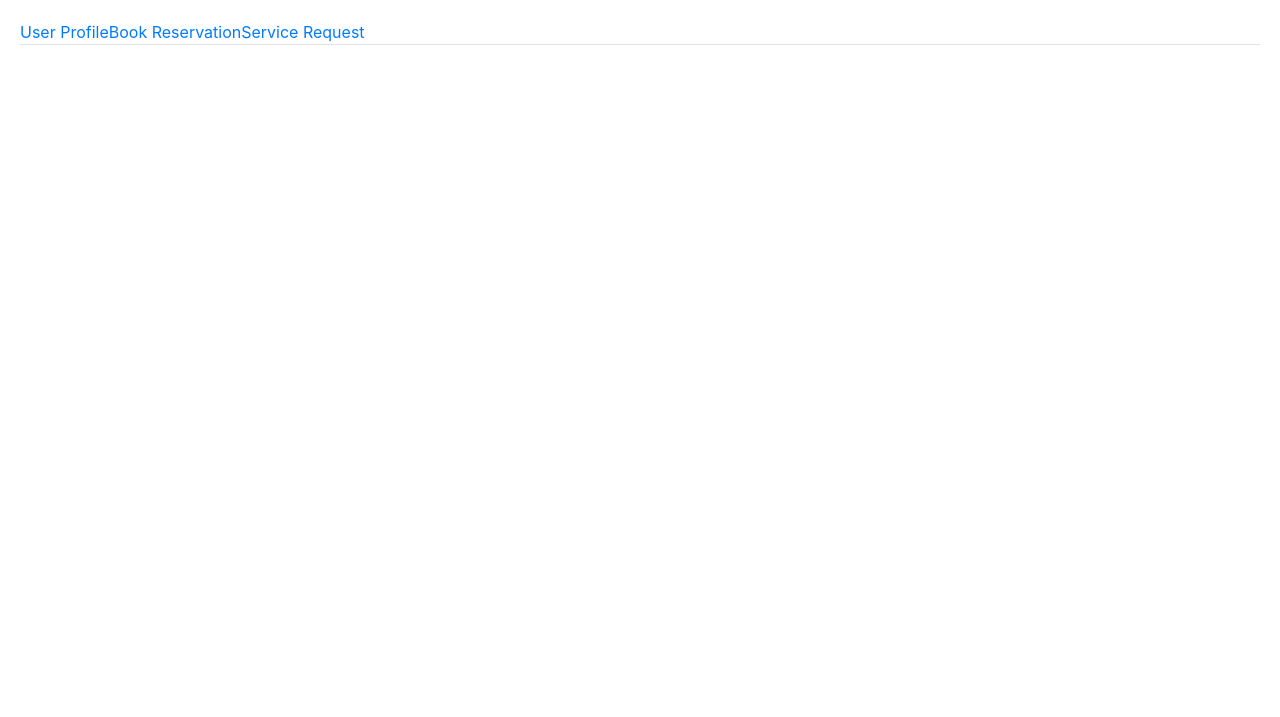
Repository: accentur/CSC507
Page: http://localhost/CSC507/customer.jsp
These files come from the project's save history. The page is drawn as it stood at one moment and after the next save; the edit follows.
The browser window is 1280 px wide. The pictures show the whole page.
Some web libraries are served in a nearby version. The page is served by Tomcat 9.

Above is the page before, as saved 2019-02-09 12:07:23.

After the next save:
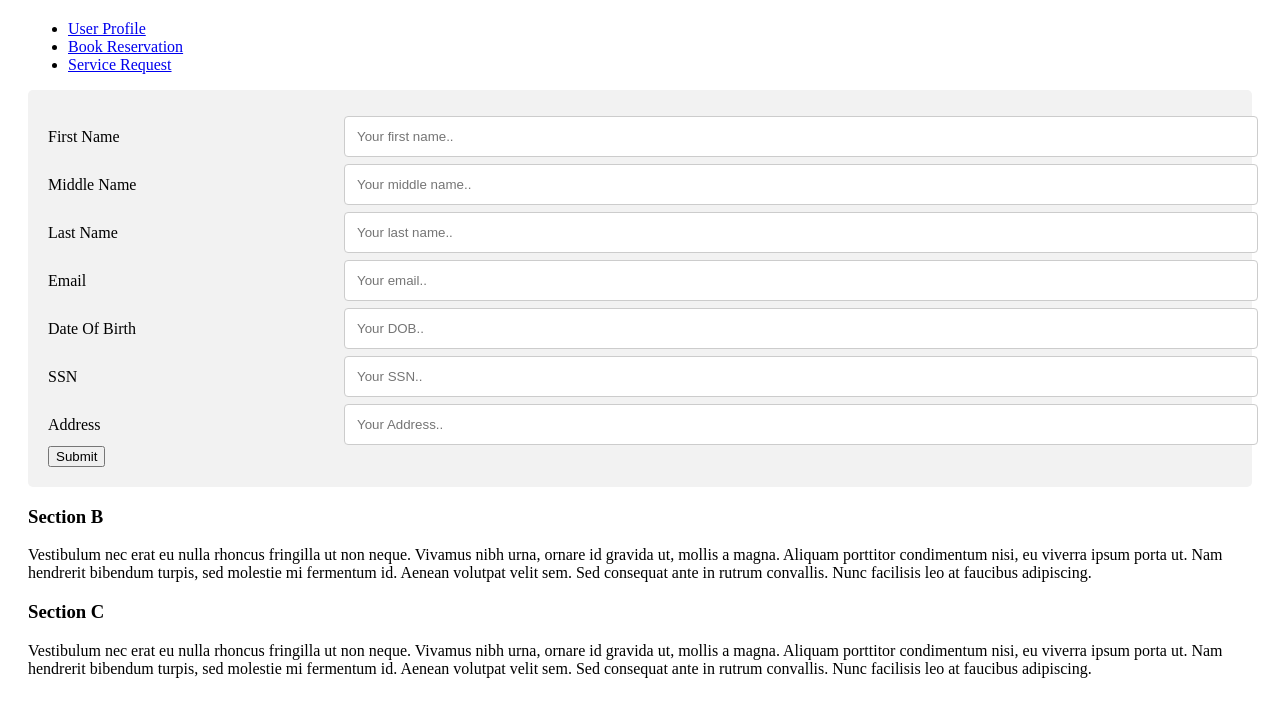
Saved 25 s later.
--- a/CSC507/src/main/webapp/customer.jsp
+++ b/CSC507/src/main/webapp/customer.jsp
@@ -10,10 +10,10 @@
 <title>Insert title here</title>
 
 <%--  <link rel="stylesheet" href="${pageContext.request.contextPath}/BookMyRoom/WEB-INF/css/bootstrap.min.css"> --%>
-<link rel="stylesheet" href="https://stackpath.bootstrapcdn.com/bootstrap/4.2.1/css/bootstrap.min.css">
+<link rel="stylesheet" href=""https://maxcdn.bootstrapcdn.com/bootstrap/3.3.7/css/bootstrap.min.css">
 <script src="https://ajax.googleapis.com/ajax/libs/jquery/1.12.4/jquery.min.js"></script>
 <%--  <script src="${pageContext.request.contextPath}/BookMyRoom/WEB-INF/JS/bootstrap.min.js"></script> --%>
- <script src="https://stackpath.bootstrapcdn.com/bootstrap/4.2.1/js/bootstrap.min.js"></script>
+ <script src="https://maxcdn.bootstrapcdn.com/bootstrap/3.3.7/js/bootstrap.min.js"></script>
 <style type="text/css">
 
 .disabledTab{
